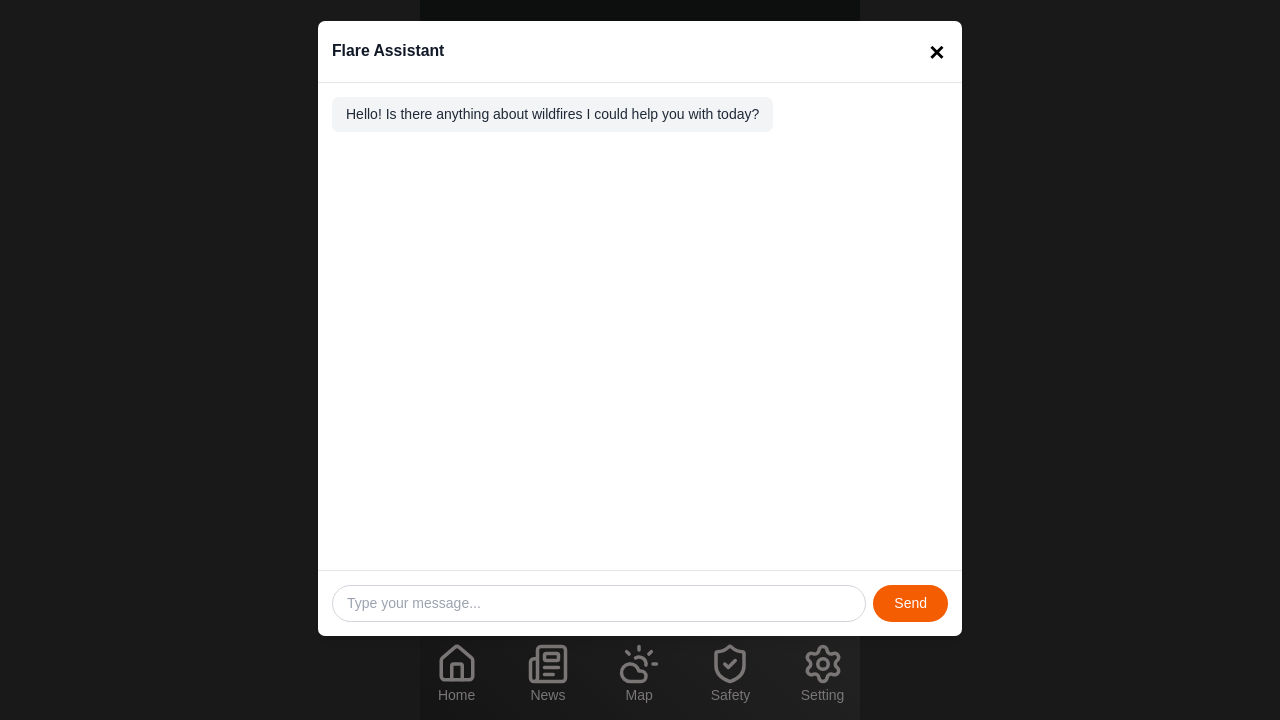
Repository: BCITKevin/Flare_IDSP
Page: /safety, after clicking the first element matching `button.flex`
The author's editor kept a copy of each file at every save. The page is drawn from the files as they stood at one save, then again after the next save.
The browser window is 1280 px wide. The pictures show the whole page.
An inner scrolling area shows only its first screen. Some web fonts or font styles are not loaded; a fallback is used. The project was rebuilt for these pictures with package versions that can differ from the ones it lists, and the page was loaded fresh each time. The framework's server and built-in components were replaced by stand-ins that run in the browser. Also part of the build but not shown: next.config.js, next.config.mjs.

Above is the page before, as saved 2024-11-30 08:01:23.

After the next save:
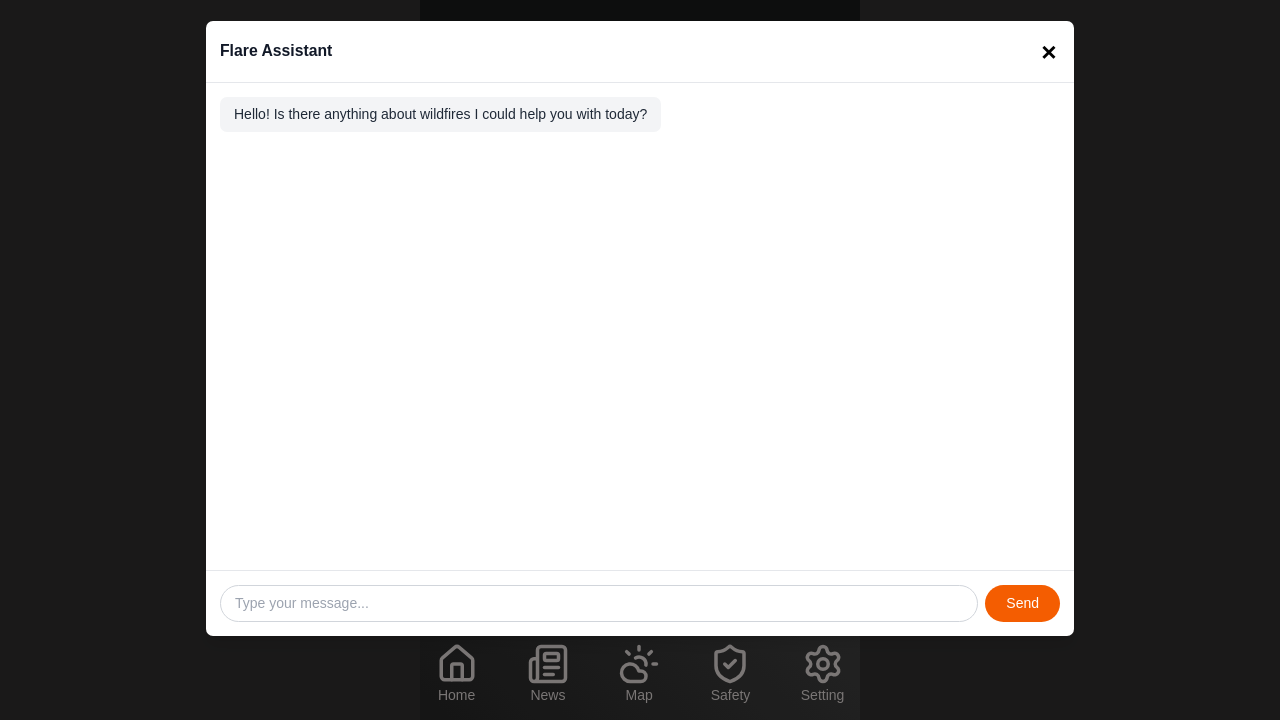
Saved 3 min 33 s later.
--- a/src/app/safety/page.tsx
+++ b/src/app/safety/page.tsx
@@ -222,7 +222,7 @@ export default function Safety() {
                 {showChat ? (
                     <>
                         <div className="justify-center items-center flex overflow-x-hidden overflow-y-auto fixed inset-0 z-50 outline-none focus:outline-none">
-                            <div className="relative w-full h-full mx-auto max-w-3xl px-4 pt-6 pb-24">
+                            <div className="relative w-full h-full mx-auto max-w-5xl px-4 pt-6 pb-24">
                                 <div className="border-0 rounded-lg shadow-lg relative flex flex-col w-full h-full bg-white outline-none focus:outline-none">
                                     {/* Header */}
                                     <div className="flex items-center justify-between p-4 border-b border-solid border-gray-200">
